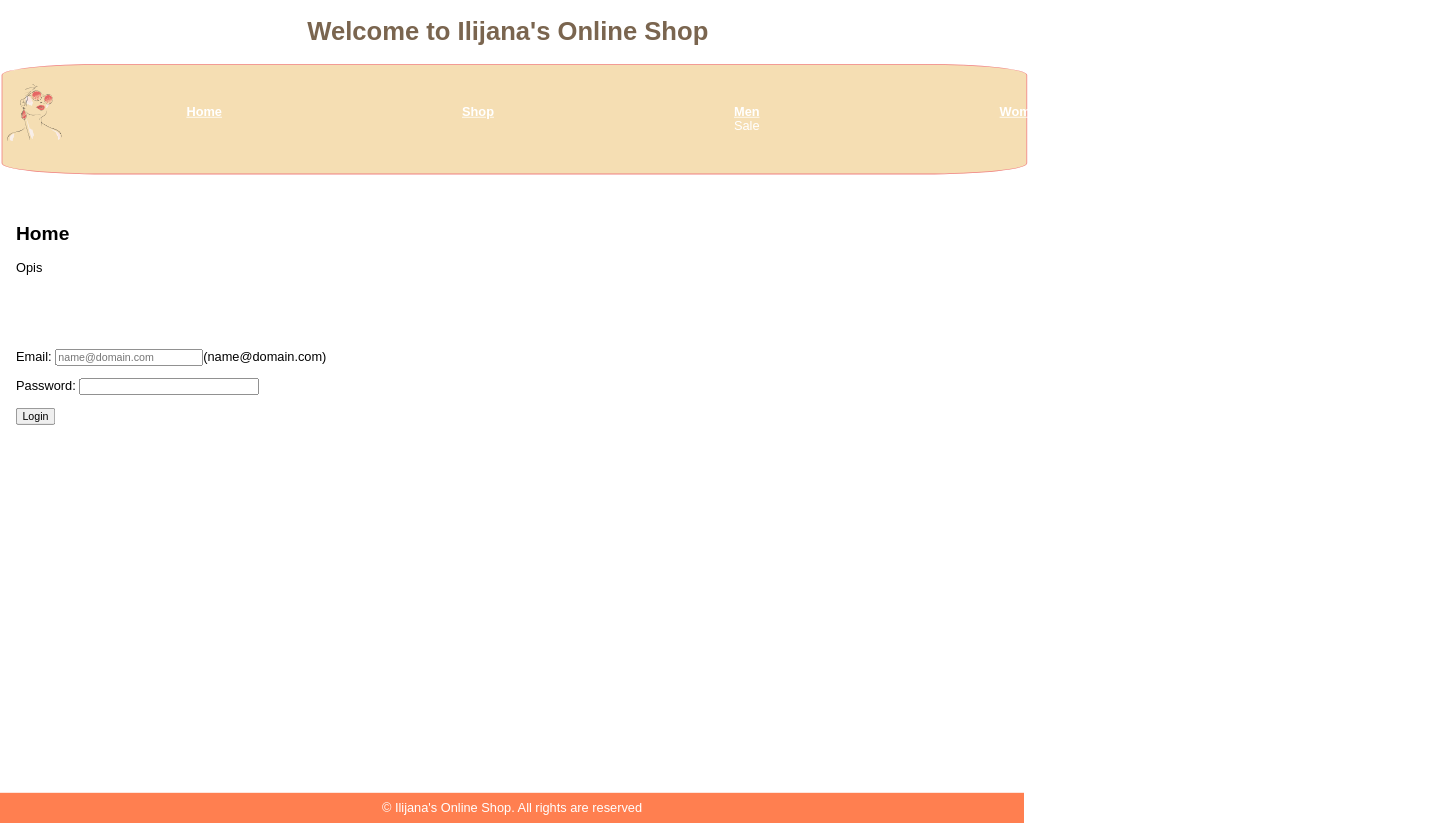
Repository: ilijana123/Proekt1
Page: html.html
An editor plug-in stored every save of this project. The page is shown before and after the next save, followed by the edit.
The browser window is 1280 px wide. The page is 1801 px wide, so the pictures cover 1801 px, including what lies to the right of the window. The pictures show the whole page, at 80% of full size.

Above is the page before, as saved 2023-11-13 02:02:10.

### html.html
<!DOCTYPE html>
<html>
    <head>

    <meta charset="utf-8">
    <title>Online shop</title>
    <link rel="stylesheet" type="text/css" href="1.css">
    <script src="script.js"></script>

    </head>

    <body>
    <header>
       <h1>Welcome to Ilijana's Online Shop</h1>
    </header>

    <nav>
        <div class="social-call">
        <div class="social">
            <a href="#"><i class="fab fa-facebook-f"></i></a>
            <a href="#"><i class="fab fa-twitter"></i></a>
            <a href="#"><i class="fab fa-youtube"></i></a>
            <a href="#"><i class="fab fa-instagram"></i></a>
        </div>
        </div>
        <div class="navigation">
            <a href="#" class="logo"><img src="logo.png"></a>
            <div class="toggle"></div>
            <ul class="menu">
            <li><a href="#">Home</a></li>
            <li  class="shop"><a href="#" >Shop</a></li>
            <li><a href="#">Men</a>
                <span class="sale-lable">Sale</span>
            </li>
            <li><a href="#">Women</a></li>
            <li><a href="#">Kids</a></li>
            </ul>
            <div class="right-menu">
            <a href="javascript:void(0);" class="search">
                <i class="fas fa-search"></i>
            </a>
            <a href="javascript:void(0);" class="user">
                <i class="far fa-user"></i>
            </a>
            <a href="#">
                <i class="fas fa-shopping-cart">
                    <span class="num-cart-product">0</span>
                </i>
            </a>
            </div>
        </div>
    </nav>

       <section id="home">
            <h2>Home</h2>
            <p>Opis</p>
        </section>

        <section id="contact">
            <form method="post" autocomplete="on">
                <p><label>Email:
                    <input type="email" id="email"
                        placeholder="name@domain.com"/>(name@domain.com)
                </label></p>
                <p><label>Password:
                    <input type="password" id="password" size="25"
                        placeholder=""/>
                </label></p>
                <button onclick="btnClicked()">Login</button>
            </form>
       </section>

       <section id="category1"></section>
       <section id="category2"></section>
       <section id="category3"></section>
       <section id="instagram"></section>
      <section id="survey">
      </section>
      <section id="questionnaire">
      </section>
      <section id="contact">
      </section>
       <footer> &copy; Ilijana's Online Shop. All rights are reserved</footer>

    </body>
</html>

### 1.css
h1  {
     font-family: fantasy;
        color:rgb(122, 101, 79);
        position:relative;
        margin-left: 30%;
        text-decoration:double;
        text-decoration-color: aliceblue;
    }
    body
    {
        margin: 0;
        padding: 0;
        font-family: Arial, sans-serif;
    }
    .navigation
    {
        display:flex;
        justify-content: space-between;
        allign-items: center;
        background-color: wheat;
        margin:auto;
        position: relative;
        color: white;
        padding:auto;
        left: 2px;
        right: 2px;
        width: 100%;
        z-index: 100;
        border: 1px solid rgba(0,0,0,03);
        border-radius: 10%;
        border-color: lightcoral;
    }
    nav ul
    {
        list-style-type: none;
        margin: 0;
        padding: 0;
        display: flex;
        margin-top: 50px;
        flex-direction: row;
    }
    nav ul li
    {
        display: block;
        margin-bottom: 50px;
        margin-right: 150px;
        margin-left:150px;
    }
    section {
        padding: 20px;
        margin: 20px 0;
    }
    nav a
    {
        color: white;
        font-weight:bolder;
        size: 50px;
    }
    nav a:hover {
        color:rgb(122, 101, 79);
    }

    footer {
        background-color:coral;
        color: white;
        text-align: center;
        padding: 10px;
    }
    .logo img
    {
        height: 80px;
        margin-top: 20px;
    }

### script.js
function btnClicked()
{
    document.location.href="html1.html";
}

After the next save:
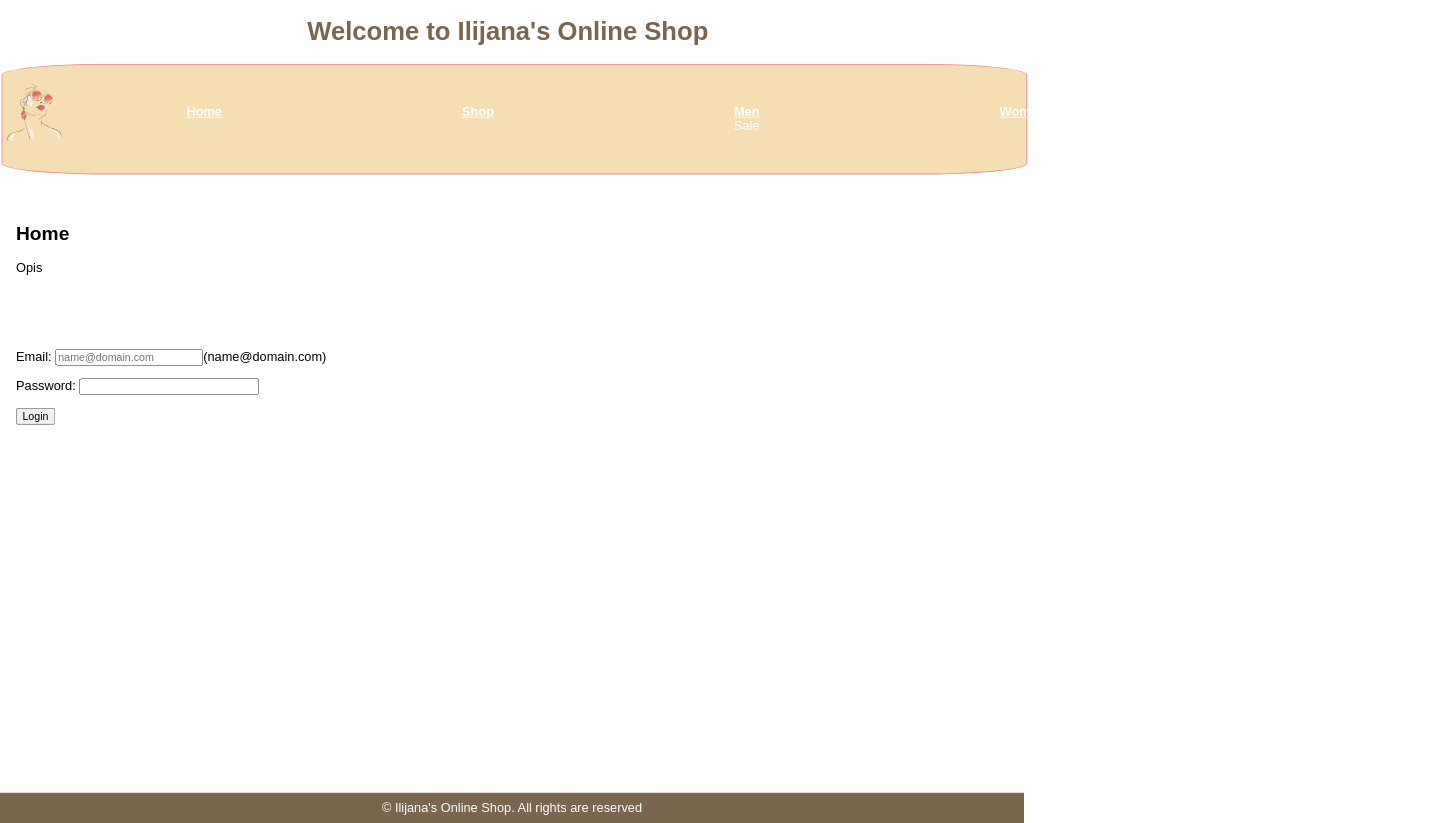
Saved 11 s later.
--- a/1.css
+++ b/1.css
@@ -61,7 +61,7 @@ h1  {
     }
 
     footer {
-        background-color:coral;
+        background-color:rgb(122, 101, 79);
         color: white;
         text-align: center;
         padding: 10px;
